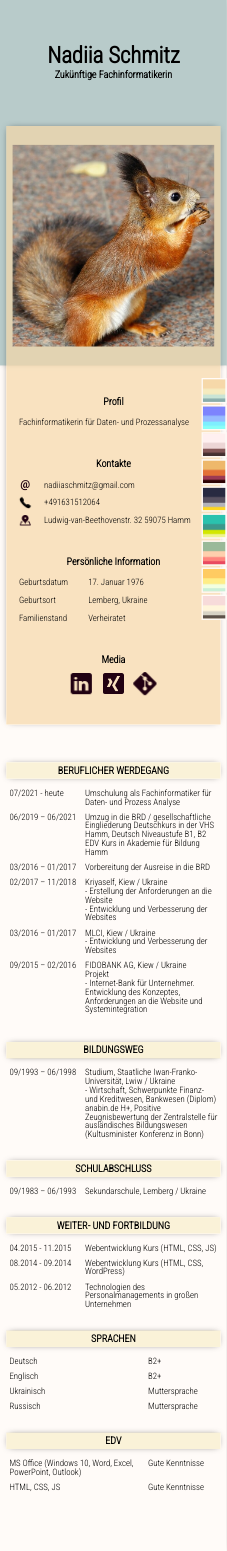
Repository: NadiaSchmitz/lebenslauf.nschmitz.githab.io
Page: index.html
The author's editor kept a record of every edit. The page is drawn from the files as they stood at one moment, then again after the next edit.
The browser window is 360 px wide. The pictures show the whole page, at 63% of full size.

Above is the page before.

### index.html
<!DOCTYPE html>
<html>

<head>
  <meta charset="utf-8" />
  <title>Lebenslauf Nadiia Schmitz</title>
  <link rel="stylesheet" href="./styles/reset.css" type="text/css" />
  <link rel="stylesheet" href="./styles/style.css" type="text/css" />
  <link rel="stylesheet" href="./styles/icons.css" type="text/css" />
  <meta name="viewport" content="width=device-width, initial-scale=1.0">
  <link rel="preconnect" href="https://fonts.googleapis.com">
  <link rel="preconnect" href="https://fonts.gstatic.com" crossorigin>
  <link href="https://fonts.googleapis.com/css2?family=Roboto+Condensed:wght@300&display=swap" rel="stylesheet">
  <link rel="shortcut icon" href="images/favicon.png" type="image/x-icon">
  <script src="https://ajax.googleapis.com/ajax/libs/jquery/2.2.0/jquery.min.js"></script>
  <script type="text/javascript" src="./js/colors.js"></script>
</head>

<body>
  <section class="wrapper">
    <section class="inner_wrapper">
      <div class="content_wrapper">
        <header class="header">
          <div class="header_text">
            <h1>Nadiia Schmitz</h1>
            <h2>Zukünftige Fachinformatikerin</h2>
          </div>
        </header>
        <div class="color_schema_buttons_wrapper">
          <div id="pistachios" class="color_schema_button pistachios" title="pistachios"></div>
          <div id="sea" class="color_schema_button sea" title="sea"></div>
          <div id="cappuchino" class="color_schema_button cappuchino" title="cappuchino"></div>
          <div id="autumn" class="color_schema_button autumn" title="autumn"></div>
          <div id="bvb" class="color_schema_button bvb" title="bvb"></div>
          <div id="lime" class="color_schema_button lime" title="lime"></div>
          <div id="summer" class="color_schema_button summer" title="summer"></div>
          <div id="sun" class="color_schema_button sun" title="sun"></div>
          <div id="pastel" class="color_schema_button pastel" title="pastel"></div>
        </div>
        <div class="lebenslauf_wrapper">
          <div class="sidebar sidebar_left">
            <div class="sidebar_foto"></div>
            <div class="sidebar_content">
              <div class="sidebar_content_item profile">
                <h3>Profil</h3>
                <table>
                  <tr>
                    <td col="2">Fachinformatikerin für Daten- und Prozessanalyse</td>
                  </tr>
                </table>
              </div>
              <div class="sidebar_content_item contacts">
                <h3>Kontakte</h3>
                <table>
                  <tr>
                    <td>
                      <span class="sidebar_content_item_icon contacts_email"></span>
                    </td>
                    <td>nadiiaschmitz@gmail.com</td>
                  </tr>
                  <tr>
                    <td>
                      <span class="sidebar_content_item_icon contacts_phone"></span>
                    </td>
                    <td>+491631512064</td>
                  </tr>
                  <tr>
                    <td>
                      <span class="sidebar_content_item_icon contacts_adress"></span>
                    </td>
                    <td>Ludwig-van-Beethovenstr. 32 59075 Hamm</td>
                  </tr>
                </table>
              </div>
              <div class="sidebar_content_item personal">
                <h3>Persönliche Information</h3>
                <table>
                  <tr>
                    <td>Geburtsdatum</td>
                    <td>17. Januar 1976</td>
                  </tr>
                  <tr>
                    <td>Geburtsort</td>
                    <td>Lemberg, Ukraine</td>
                  </tr>
                  <tr>
                    <td>Familienstand</td>
                    <td>Verheiratet</td>
                  </tr>
                </table>
              </div>
              <div class="sidebar_content_item social">
                <h3>Media</h3>
                <table>
                  <tr>
                    <td><a href="https://www.linkedin.com/in/nadiia-schmitz-93491722" class="linkedin" target="_blank"></a></td>
                    <td><a href="https://www.xing.com/profile/Nadiia_Schmitz3" class="xing" target="_blank"></a></td>
                    <td><a href="https://github.com/NadiaSchmitz" class="git" target="_blank"></a></td>
                  </tr>
                </table>
              </div>
            </div>
          </div>
          <div class="sidebar sidebar_right">
            <div class="sidebar_right_content">
              <div class="sidebar_right_content_item">
                <h4>BERUFLICHER WERDEGANG</h4>
                <table>
                  <tr>
                    <td>07/2021 - heute</td>
                    <td>Umschulung als Fachinformatiker für Daten- und Prozess Analyse</td>
                  </tr>
                  <tr>
                    <td>06/2019 – 06/2021</td>
                    <td>Umzug in die BRD / gesellschaftliche Eingliederung Deutschkurs in der VHS Hamm, Deutsch Niveaustufe B1, B2 EDV Kurs in Akademie für Bildung Hamm
                    </td>
                  </tr>
                  <tr>
                    <td>03/2016 – 01/2017</td>
                    <td>Vorbereitung der Ausreise in die BRD</td>
                  </tr>
                  <tr>
                    <td>02/2017 – 11/2018</td>
                    <td>
                      <span class="employer">Kriyaself, Kiew / Ukraine</span>
                      <ul>
                        <li>- Erstellung der Anforderungen an die Website</li>
                        <li>- Entwicklung und Verbesserung der Websites</li>
                      </ul>
                    </td>
                  </tr>
                  <tr>
                    <td>03/2016 – 01/2017</td>
                    <td>
                      <span class="employer">MLCI, Kiew / Ukraine</span>
                      <ul>
                        <li>- Entwicklung und Verbesserung der Websites</li>
                      </ul>
                    </td>
                  </tr>
                  <tr>
                    <td>09/2015 – 02/2016</td>
                    <td>
                      <span class="employer">FIDOBANK AG, Kiew / Ukraine</span>
                      <ul>
                        Projekt
                        <li>- Internet-Bank für Unternehmer. Entwicklung des Konzeptes, Anforderungen an die Website und Systemintegration</li>
                      </ul>
                    </td>
                  </tr>
                  <tr>
                    <td></td>
                    <td></td>
                  </tr>
                </table>
              </div>
              <div class="sidebar_right_content_item">
                <h4>BILDUNGSWEG</h4>
                <table>
                  <tr>
                    <td>09/1993 – 06/1998</td>
                    <td>Studium, Staatliche Iwan-Franko-Universität, Lwiw / Ukraine
                      <ul>
                        <li>- Wirtschaft, Schwerpunkte Finanz- und Kreditwesen, Bankwesen (Diplom)</li>
                        <li>anabin.de H+, Positive Zeugnisbewertung der Zentralstelle für ausländisches Bildungswesen (Kultusminister Konferenz in Bonn)</li>
                      </ul>
                    </td>
                  </tr>
                </table>
              </div>
              <div class="sidebar_right_content_item">
                <h4>SCHULABSCHLUSS</h4>
                <table>
                  <tr>
                    <td>09/1983 – 06/1993</td>
                    <td>Sekundarschule, Lemberg / Ukraine</td>
                  </tr>
                </table>
              </div>
              <div class="sidebar_right_content_item">
                <h4>WEITER- UND FORTBILDUNG</h4>
                <table>
                  <tr>
                    <td>04.2015 - 11.2015</td>
                    <td>Webentwicklung Kurs (HTML, CSS, JS)</td>
                  </tr>
                  <tr>
                    <td>08.2014 - 09.2014</td>
                    <td>Webentwicklung Kurs (HTML, CSS, WordPress)</td>
                  </tr>
                  <tr>
                    <td>05.2012 - 06.2012</td>
                    <td>Technologien des Personalmanagements in großen Unternehmen</td>
                  </tr>
                </table>
              </div>
              <div class="sidebar_right_content_item lang">
                <h4>SPRACHEN</h4>
                <table>
                  <tr>
                    <td>Deutsch</td>
                    <td>B2+</td>
                  </tr>
                  <tr>
                    <td>Englisch</td>
                    <td>B2+</td>
                  </tr>
                  <tr>
                    <td>Ukrainisch</td>
                    <td>Muttersprache</td>
                  </tr>
                  <tr>
                    <td>Russisch</td>
                    <td>Muttersprache</td>
                  </tr>
                </table>
              </div>
              <div class="sidebar_right_content_item edv">
                <h4>EDV</h4>
                <table>
                  <tr>
                    <td>MS Office (Windows 10, Word, Excel, PowerPoint, Outlook)</td>
                    <td>Gute Kenntnisse</td>
                  </tr>
                  <tr>
                    <td>HTML, CSS, JS</td>
                    <td>Gute Kenntnisse</td>
                  </tr>
                </table>
              </div>
            </div>
          </div>
        </div>
      </div>
    </section>
  </section>
</body>

</html>

### styles/reset.css
html, body, div, span, applet, object, iframe,
h1, h2, h3, h4, h5, h6, p, blockquote, pre,
a, abbr, acronym, address, big, cite, code,
del, dfn, em, img, ins, kbd, q, s, samp,
small, strike, strong, sub, sup, tt, var,
b, u, i, center,
dl, dt, dd, ol, ul, li,
fieldset, form, label, legend,
table, caption, tbody, tfoot, thead, tr, th, td,
article, aside, canvas, details, embed,
figure, figcaption, footer, header, hgroup,
menu, nav, output, ruby, section, summary,
time, mark, audio, video {
	margin: 0;
	padding: 0;
	box-sizing: border-box;
	border: 0;
	font-size: 100%;
	font: inherit;
	vertical-align: baseline;
}
/* HTML5 display-role reset for older browsers */
article, aside, details, figcaption, figure,
footer, header, hgroup, menu, nav, section {
	display: block;
}
body {
	line-height: 1;
}
ol, ul {
	list-style: none;
}
blockquote, q {
	quotes: none;
}
blockquote:before, blockquote:after,
q:before, q:after {
	content: '';
	content: none;
}
table {
	border-collapse: collapse;
	border-spacing: 0;
}

### styles/style.css
html {
  font-family: 'Roboto Condensed', sans-serif;
  background-color: #efeae5;
}

.wrapper {}

.inner_wrapper {
  width: 980px;
  margin: 70px auto;
}

@media only screen and (max-width: 1080px) {
  .inner_wrapper {
    width: 900px;
    margin: 30px auto;
  }
}

@media only screen and (max-width: 900px) {
  .inner_wrapper {
    width: 100%;
    margin: 0;
  }
}

.content_wrapper {
  position: relative;
  background-color: #fffbf8;
  -webkit-box-shadow: 0px 0px 12px -5px rgba(0, 0, 0, 0.75);
  -moz-box-shadow: 0px 0px 12px -5px rgba(0, 0, 0, 0.75);
  box-shadow: 0px 0px 12px -5px rgba(0, 0, 0, 0.75);
}

.header {
  height: 330px;
  background-color: rgb(135 170 170 / 59%);
  -webkit-box-shadow: 0px 0px 12px -5px rgba(0, 0, 0, 0.75);
  -moz-box-shadow: 0px 0px 12px -5px rgba(0, 0, 0, 0.75);
  box-shadow: 0px 0px 12px -5px rgba(0, 0, 0, 0.75);
}

@media only screen and (max-width: 1080px) {
  .header {
    height: 280px;
  }
}

@media only screen and (max-width: 900px) {
  .header {
    height: 580px;
    padding: 60px 0 0 0;
  }
}

@media only screen and (max-width: 480px) {
  .header {
    padding: 70px 0 0 0;
  }
}

.header_text {
  margin: 0 0 0 420px;
  padding: 120px 0 0 0;
}

@media only screen and (max-width: 1080px) {
  .header_text {
    margin: 0 0 0 380px;
    padding: 100px 0 0 0;
  }
}

@media only screen and (max-width: 900px) {
  .header_text {
    text-align: center;
    margin: 0;
    padding: 0;
  }
}

h1 {
  color: #000000;
  font-size: 60px;
  margin: 0 0 5px 0;
}

@media only screen and (max-width: 900px) {
  h1 {
    font-size: 50px;
  }
}

@media only screen and (max-width: 480px) {
  h1 {
    font-size: 36px;
    font-weight: 700;
  }
}

h2 {
  color: #000000;
  font-size: 20px;
  font-weight: 600;
}

@media only screen and (max-width: 480px) {
  h2 {
    font-size: 16px;
  }
}

.sidebar {
  display: inline-block;
  vertical-align: top;
}

@media only screen and (max-width: 900px) {
  .lebenslauf_wrapper {
    padding: 0 30px 30px 30px;
  }
}

@media only screen and (max-width: 480px) {
  .lebenslauf_wrapper {
    padding: 0 15px 15px 15px;
  }
}

@media only screen and (max-width: 360px) {
  .lebenslauf_wrapper {
    padding: 0 10px 10px 10px;
  }
}

.sidebar_left {
  width: 280px;
  height: 1500px;
  background-color: rgb(246 215 167 / 68%);
  -webkit-box-shadow: 0px 0px 12px -5px rgba(0, 0, 0, 0.75);
  -moz-box-shadow: 0px 0px 12px -5px rgba(0, 0, 0, 0.75);
  box-shadow: 0px 0px 12px -5px rgba(0, 0, 0, 0.75);
  margin: -280px 0 0 50px;
}

@media only screen and (max-width: 1080px) {
  .sidebar_left {
    width: 250px;
    margin: -250px 0 0 30px;
  }
}

@media only screen and (max-width: 900px) {
  .sidebar_left {
    width: 100%;
    height: auto;
    margin: -380px 0 0 0;
  }
}

.sidebar_foto {
  width: 280px;
  height: 280px;
  background-image: url(../images/foto.jpg);
  background-position: 50%;
  background-size: cover;
}

@media only screen and (max-width: 1080px) {
  .sidebar_foto {
    width: 250px;
    height: 250px;
  }
}

@media only screen and (max-width: 900px) {
  .sidebar_foto {
    width: 350px;
    height: 350px;
    margin: 30px auto 0;
  }
}

@media only screen and (max-width: 480px) {
  .sidebar_foto {
    width: 320px;
    height: 320px;
  }
}

@media only screen and (max-width: 360px) {
  .sidebar_foto {
    width: 320px;
    height: 320px;
  }
}

.sidebar_content {
  padding: 55px 30px 30px 30px;
}

@media only screen and (max-width: 1080px) {
  .sidebar_content {
    padding: 45px 20px 20px 20px;
  }
}

@media only screen and (max-width: 900px) {
  .sidebar_content {
    padding: 50px 20px 20px 20px;
  }
}

@media only screen and (max-width: 480px) {
  .sidebar_content {
    padding: 80px 20px 20px 20px;
  }
}

.sidebar_content_item {
  margin: 0 0 30px 0;
  padding: 0 0 15px 0;
}

.sidebar_content_item:last-of-type {
  border-bottom: 1px solid transparent;
  margin: 0;
}

h3 {
  color: #000000;
  font-size: 16px;
  font-weight: 600;
  text-align: center;
  margin: 0 0 10px 0;
}

.sidebar_content_item table td {
  height: 28px;
  font-size: 16px;
  line-height: 28px;
}

@media only screen and (max-width: 360px) {
  .sidebar_content_item table td {
    font-size: 14px;
  }
}

.profile table td {
  width: 100%;
}

.contacts table td:nth-of-type(1) {
  width: 40px;
}

.personal table td:nth-of-type(1) {
  width: 110px;
}

.social table {
  margin: 0 auto;
}

.social table td {
  width: 33%;
  padding: 0 5px 0 5px;
}

.social table td a {
  display: inline-block;
  width: 40px;
  height: 40px;
  background-size: contain;
  background-position: 50%;
  cursor: pointer;
}

.sidebar_content_item_icon {
  display: inline-block;
  vertical-align: middle;
  width: 20px;
  height: 20px;
  background-size: contain;
  background-position: 50%;
}

.sidebar_right {
  width: calc(100% - 280px - 60px);
  padding: 55px 35px 35px 35px;
}

@media only screen and (max-width: 1080px) {
  .sidebar_right {
    width: calc(100% - 250px - 35px);
    padding: 40px 75px 20px 20px;
  }
}

@media only screen and (max-width: 900px) {
  .sidebar_right {
    width: 100%;
    padding: 40px 20px 50px 20px;
  }
}

@media only screen and (max-width: 480px) {
  .sidebar_right {
    width: 100%;
    padding: 60px 0 50px 0;
  }
}

.sidebar_right_content_item {
  margin: 0 0 30px 0;
}

.sidebar_right_content_item h4 {
  color: #000000;
  font-size: 16px;
  font-weight: 600;
  text-align: center;
  background-color: rgb(246 234 190 / 54%);
  -webkit-box-shadow: 0px 0px 12px -5px rgba(0, 0, 0, 0.75);
  -moz-box-shadow: 0px 0px 12px -5px rgba(0, 0, 0, 0.75);
  box-shadow: 0px 0px 12px -5px rgba(0, 0, 0, 0.75);
  margin: 0 0 10px 0;
  padding: 5px;
}

.sidebar_right_content_item table tr td {
  font-size: 16px;
  padding: 5px;
}

@media only screen and (max-width: 360px) {
  .sidebar_right_content_item table tr td {
    font-size: 14px;
  }
}

.sidebar_right_content_item table tr td:nth-of-type(1) {
  width: 140px;
}

@media only screen and (max-width: 360px) {
  .sidebar_right_content_item table tr td:nth-of-type(1) {
    width: 120px;
  }
}

.edv {
  width: 100%;
}

.lang table tr td:nth-of-type(1),
.edv table tr td:nth-of-type(1) {
  width: 220px;
}

.color_schema_buttons_wrapper {
  position: absolute;
  right: -48px;
  top: 370px;
}

@media only screen and (max-width: 1080px) {
  .color_schema_buttons_wrapper {
    right: 0;
    top: 282px;
  }
}

@media only screen and (max-width: 900px) {
  .color_schema_buttons_wrapper {
    right: 0;
    top: 600px;
  }
}

.color_schema_button {
  width: 50px;
  height: 50px;
  background-position: 50%;
  background-size: contain;
  border: 2px solid #fffbf8;
  margin: 0 0 3px 0;
}

@media only screen and (max-width: 1080px) {
  .color_schema_button {
    width: 40px;
    height: 40px;
  }
}

.pistachios {
  background-image: url(../images/pistachios.png);
}

.sea {
  background-image: url(../images/sea.png);
}

.cappuchino {
  background-image: url(../images/cappuchino.png);
}

.autumn {
  background-image: url(../images/autumn.png);
}

.bvb {
  background-image: url(../images/bvb.png);
}

.lime {
  background-image: url(../images/lime.png);
}

.summer {
  background-image: url(../images/summer.png);
}

.sun {
  background-image: url(../images/sun.png);
}

.pastel {
  background-image: url(../images/pastel.png);
}

### js/colors.js
var colorSchemeArray = [];
colorSchemeArray = [{
    schemeName: "standart",
    colorHeader: "rgb(135 170 170 / 59%)",
    colorSidebarLeft: "rgb(246 215 167 / 68%)",
    colorTopic: "rgb(246 234 190 / 54%)"
  },

  {
    schemeName: "sea",
    colorHeader: "rgb(124 131 253 / 58%)",
    colorSidebarLeft: "rgba(125, 237, 255, 0.53)",
    colorTopic: "rgb(150 186 255 / 52%)"
  },

  {
    schemeName: "cappuchino",
    colorHeader: "rgba(131, 88, 88, 0.7)",
    colorSidebarLeft: "#EBD4D4",
    colorTopic: "#FFF0F0"
  },

  {
    schemeName: "autumn",
    colorHeader: "rgb(156 61 84 / 76%)",
    colorSidebarLeft: "rgb(226 112 58 / 62%)",
    colorTopic: "rgb(238 183 107 / 75%)"
  },

  {
    schemeName: "bvb",
    colorHeader: "#595260",
    colorSidebarLeft: "#FFD523",
    colorTopic: "#B2B1B9",
  },

  {
    schemeName: "lime",
    colorHeader: "rgb(46 193 172 / 51%)",
    colorSidebarLeft: "rgb(210 230 3 / 49%)",
    colorTopic: "rgb(239 244 142 / 53%)",
  },

  {
    schemeName: "summer",
    colorHeader: "rgb(255 132 124 / 85%)",
    colorSidebarLeft: "rgb(153 184 152 / 65%)",
    colorTopic: "#FECEAB",
  },

  {
    schemeName: "sun",
    colorHeader: "#FFEC85",
    colorSidebarLeft: "#C9F0D6",
    colorTopic: "#F2FFDF",
  },

  {
    schemeName: "pastel",
    colorHeader: "#F7DAD9",
    colorSidebarLeft: "#FFF5DA",
    colorTopic: "#D6D2C4",
  }
]

// console.log(colorSchemeArray.length)

$(document).ready(function() {
  $(".color_schema_button").click(function() {
    var buttonId = $(this).attr('id');
    console.log(buttonId);
    for (var i = 0; i < colorSchemeArray.length; i++) {
      console.log(colorSchemeArray[i].schemeName)
      if (buttonId == colorSchemeArray[i].schemeName) {
        var styleId = i;
        $('.header').css('backgroundColor', colorSchemeArray[styleId].colorHeader);
        $('.sidebar_left').css('backgroundColor', colorSchemeArray[styleId].colorSidebarLeft);
        $('h4').css('backgroundColor', colorSchemeArray[styleId].colorTopic);
      }
    }
  });
})

Loaded but not shown: styles/icons.css (library)

After the next edit:
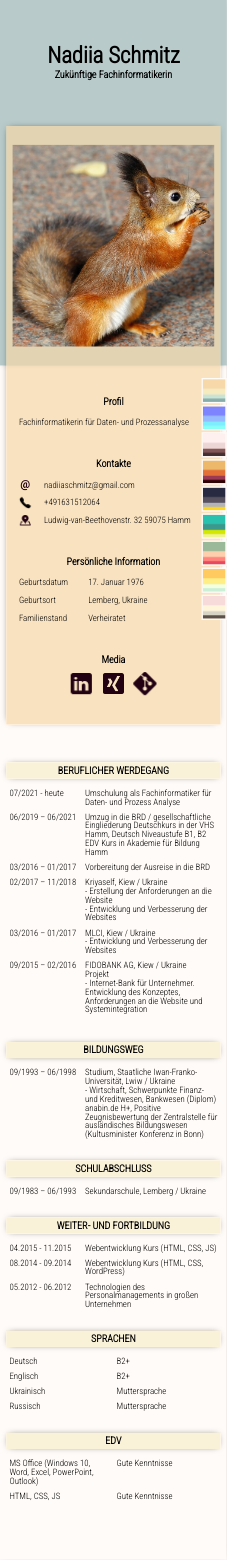
The edit:
--- a/styles/style.css
+++ b/styles/style.css
@@ -359,6 +359,13 @@
   width: 220px;
 }
 
+@media only screen and (max-width: 360px) {
+  .lang table tr td:nth-of-type(1),
+  .edv table tr td:nth-of-type(1) {
+    width: 170px;
+  }
+}
+
 .color_schema_buttons_wrapper {
   position: absolute;
   right: -48px;
